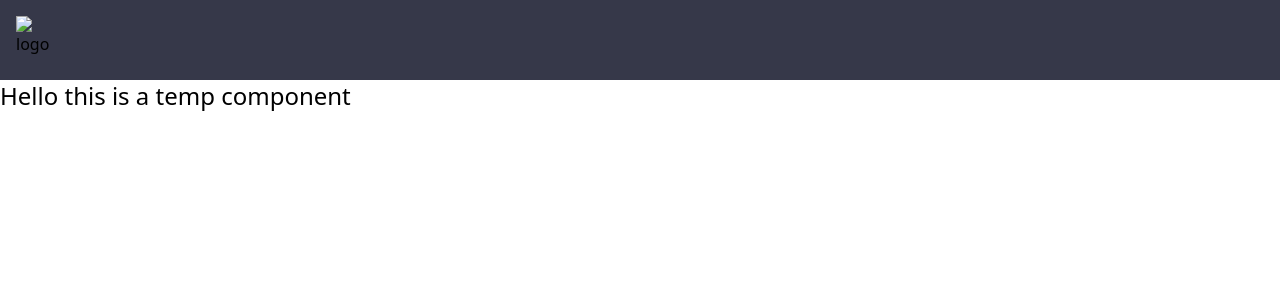
Repository: srush-shah/book-my-show-clone
Page: /
These files come from the project's save history. The page is drawn as it stood at one moment and after the next save; the edit follows.
The browser window is 1280 px wide. The pictures show the whole page.
Pictures or frames that could not be fetched are drawn as grey boxes. The project was rebuilt for these pictures with package versions that can differ from the ones it lists, and the page was loaded fresh each time.

Above is the page before, as saved 2022-11-23 02:12:38.

### src/App.jsx
import DefaultHOC from "./HOC/Default.HOC";
import Temp from "./components/temp";

function App() {
  return (
    <>
      <DefaultHOC path="/" exact element={<Temp />} />
    </>
  );
}

export default App;

### src/HOC/Default.HOC.jsx
import React from "react";
import { Route, Routes } from "react-router-dom";
import DefaultLayout from "../layouts/Default.layout";

const DefaultHOC = ({ element: Element, ...rest }) => {
  return (
    <>
      <Routes>
        <Route {...rest} exact element={<DefaultLayout element={Element} />} />
      </Routes>
    </>
  );
};

export default DefaultHOC;

### src/components/temp.jsx
import React from "react";

function Temp() {
  return (
    <>
      <h1 className="text-2xl">Hello this is a temp component</h1>
    </>
  );
}

export default Temp;

### src/layouts/Default.layout.jsx
import React from "react";

//Components
import Navbar from "../components/Navbar/navbar.component";

const DefaultLayout = ({ element: Element, ...props }) => {
  return (
    <>
      <Navbar />
      {Element}
    </>
  );
};

export default DefaultLayout;

### src/components/Navbar/navbar.component.jsx
import React from "react";
import { BiChevronRight, BiSearch } from "react-icons/bi";

const NavSm = () => {
  return (
    <>
      <div className="text-white flex items-center justify-between">
        <div>
          <h3 className="text-xl font-bold">It All Starts Here!</h3>
          <span className="text-gray-400 text-xs flex items-center">
            Ahmedabad <BiChevronRight />
          </span>
        </div>
        <div className="w-8 h-8">
          <BiSearch className="w-full h-full" />
        </div>
      </div>
    </>
  );
};
const NavMd = () => {
  return (
    <div className="w-full flex items-center gap-3 bg-white py-2 px-3 rounded-md">
      <BiSearch />
      <input
        type="search"
        className="w-full bg-transparent border-none focus:outline-none"
        placeholder="Search for Movies, Events, Plays, Sports and Activities"
      />
    </div>
  );
};
const NavLg = () => {
  return (
    <>
      <div>
        <div>
          <div className="w-12 h-12">
            <img src="https://" alt="logo" />
          </div>
        </div>
        <div></div>
      </div>
    </>
  );
};

const Navbar = () => {
  return (
    <>
      <nav className="bg-bms-700 p-4">
        <div className="md:hidden">
          <NavSm />
        </div>
        <div className="hidden md:flex lg:hidden">
          <NavMd />
        </div>
        <div className="hidden lg:flex">
          <NavLg />
        </div>
      </nav>
    </>
  );
};

export default Navbar;

### tailwind.config.js
/** @type {import('tailwindcss').Config} */
module.exports = {
  content: ["./src/**/*.{html,js,jsx}"],
  theme: {
    extend: {
      colors: {
        bms: {
          50: "#edf1fc",
          100: "#d3d4e1",
          200: "#b6b8c9",
          300: "#989bb2",
          400: "#7c7f9b",
          500: "#636582",
          600: "#4c4f66",
          700: "#363849",
          800: "#21222e",
          900: "#0a0a16",
        },
      },
    },
  },
  plugins: [],
};

Loaded but not shown: public/index.html (common file); src/index.jsx (common file); src/index.css (common file)

After the next save:
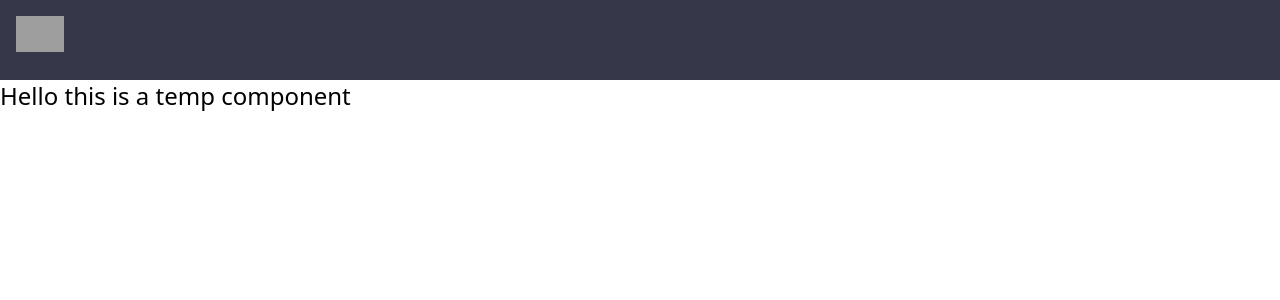
Saved 7 s later.
--- a/src/components/Navbar/navbar.component.jsx
+++ b/src/components/Navbar/navbar.component.jsx
@@ -36,7 +36,7 @@ const NavLg = () => {
       <div>
         <div>
           <div className="w-12 h-12">
-            <img src="https://" alt="logo" />
+            <img src="https://i" alt="logo" />
           </div>
         </div>
         <div></div>
